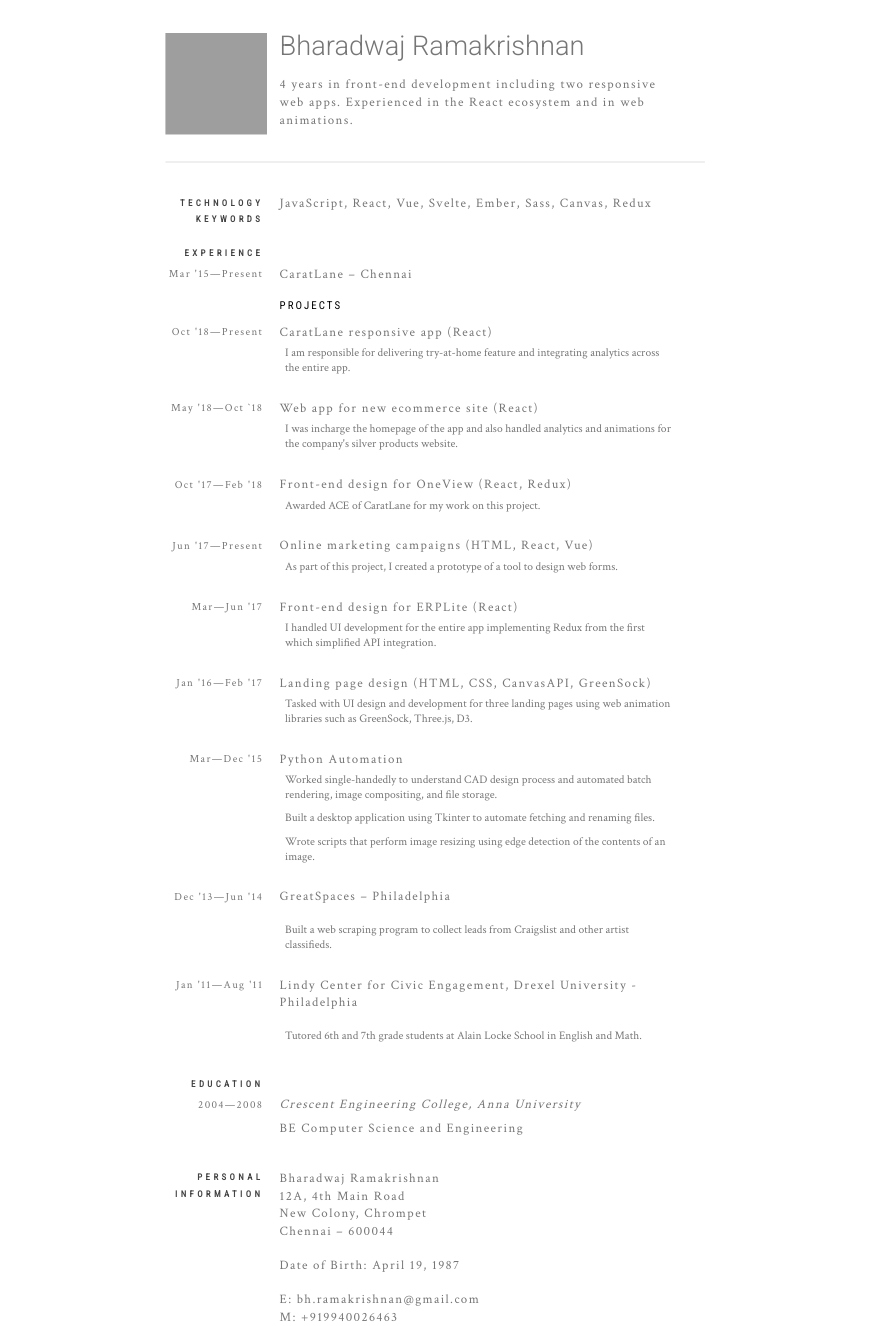
Repository: nosplashurinal/resume
Page: index_photo.html
An editor plug-in stored every save of this project. The page is shown before and after the next save, followed by the edit.
The browser window is 1280 px wide. The pictures show the whole page, at 68% of full size.
Pictures or frames that could not be fetched are drawn as grey boxes.

Above is the page before, as saved 2019-01-03 01:37:59.

After the next save:
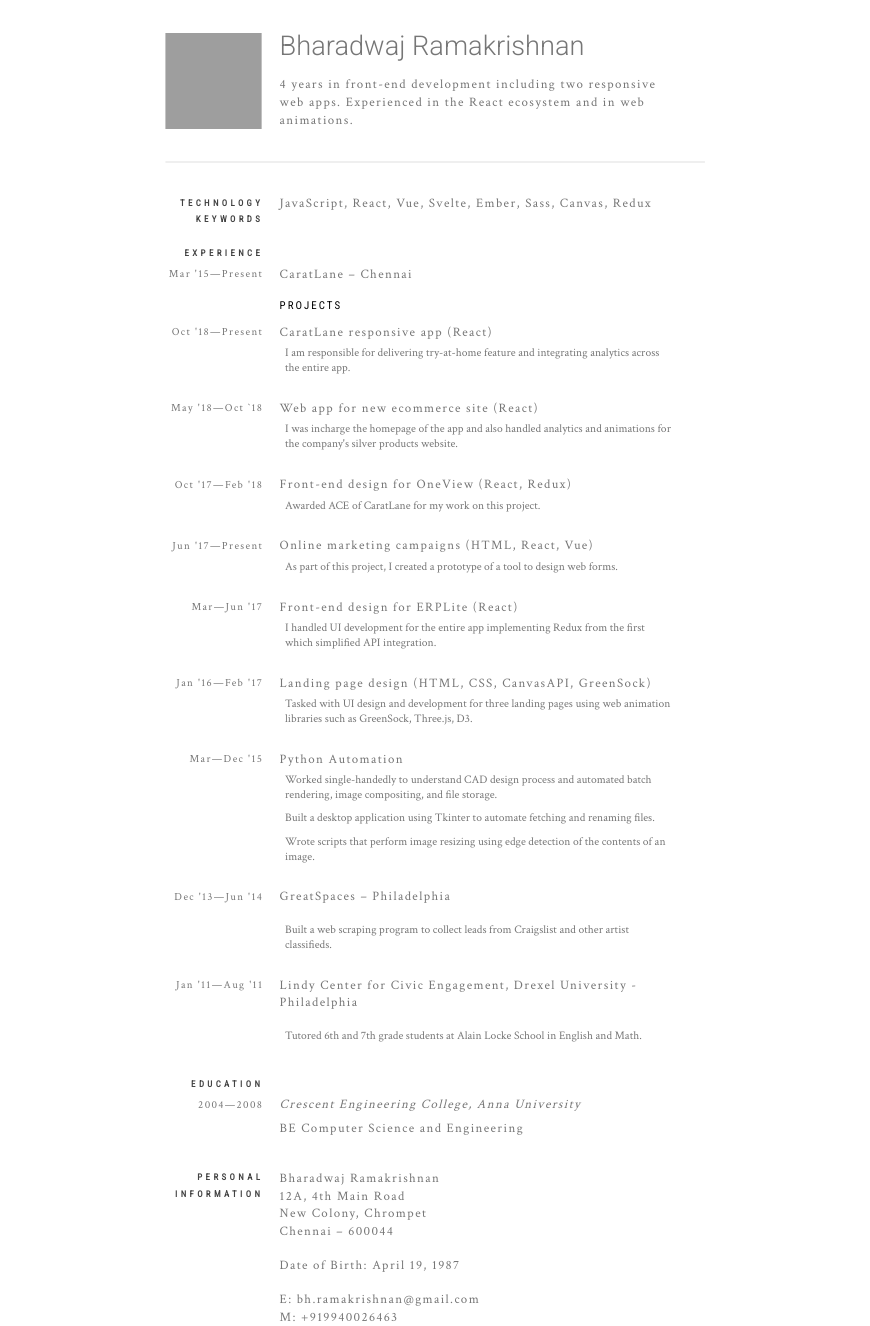
Saved 7 s later.
--- a/dist/style_photo.css
+++ b/dist/style_photo.css
@@ -45,8 +45,8 @@ h1, h3, h4 {
 	font-family: 'Roboto', sans-serif;
 }
 .header .headshot {
-	width: 150px;
-	height: 150px;
+	width: 142px;
+	height: 142px;
 }
 .body-block {
 	padding: 0 0.5in 0 1.75in;
